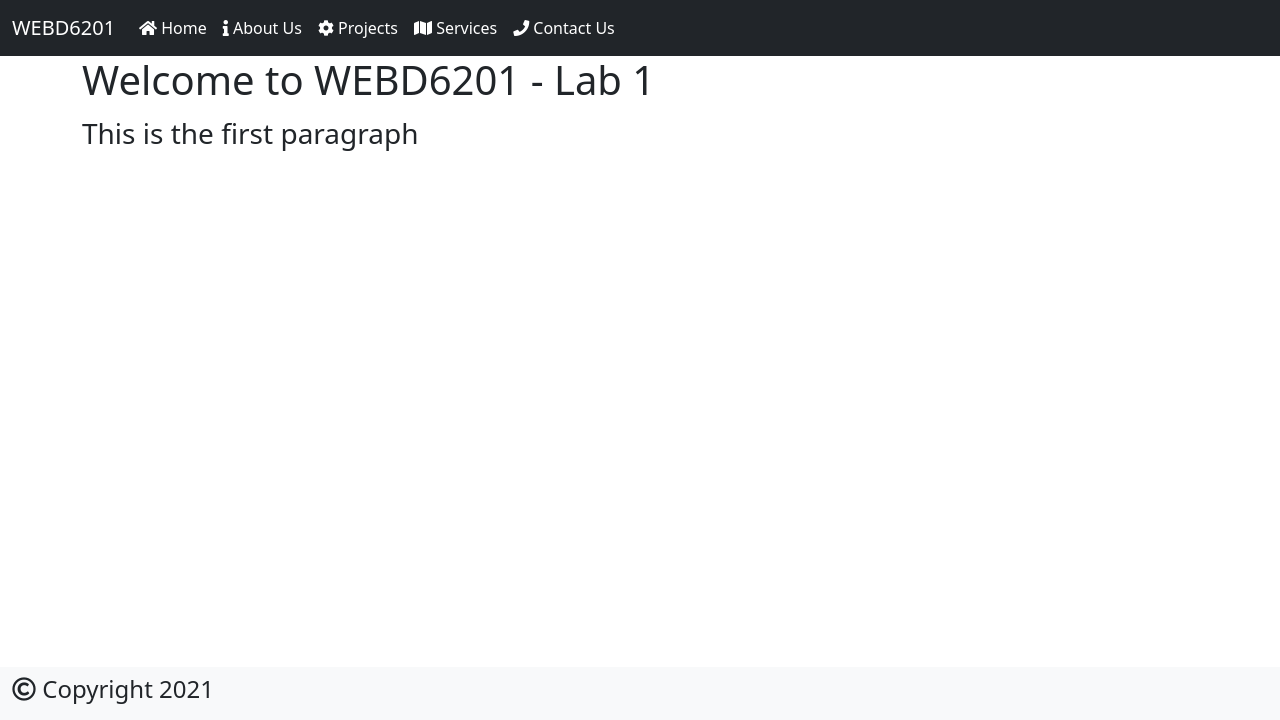
Repository: spencernewellevans/WEBD6201-ICE01
Page: index.html
The author's editor kept a copy of each file at every save. The page is drawn from the files as they stood at one save, then again after the next save.
The browser window is 1280 px wide. The pictures show the whole page.

Above is the page before, as saved 2021-01-22 19:05:23.

### index.html
<!DOCTYPE html>
<html lang="en">
<head>
    <meta charset="UTF-8">
    <meta name="viewport" content="width=device-width, initial-scale=1.0">
    <title>Home</title>
    <!-- CSS Section-->
    <link rel="stylesheet" href="./node_modules/bootstrap/dist/css/bootstrap.min.css">
    <link rel="stylesheet" href="./node_modules/@fortawesome/fontawesome-free/css/all.min.css">
    <link rel="stylesheet" href="./Content/app.css">
</head>
<body>
    <!-- Main Header -->
    <header>
        <!-- Main Navigation -->
        <nav class="navbar navbar-expand-lg navbar-dark bg-dark">
            <div class="container-fluid">
              <a class="navbar-brand" href="#=index.html">WEBD6201</a>
              <button class="navbar-toggler" type="button" data-bs-toggle="collapse" data-bs-target="#navbarSupportedContent" aria-controls="navbarSupportedContent" aria-expanded="false" aria-label="Toggle navigation">
                <span class="navbar-toggler-icon"></span>
              </button>
              <div class="collapse navbar-collapse" id="navbarSupportedContent">
                <ul class="navbar-nav me-auto mb-2 mb-lg-0">
                  <li class="nav-item">
                    <a class="nav-link active" aria-current="page" href="index.html"><i class="fas fa-home fa-large"></i> Home</a>
                  </li>

                  <li class="nav-item">
                    <a class="nav-link active" aria-current="page" href="about.html"><i class="fas fa-info fa-large"></i> About Us</a>
                  </li>

                  <li class="nav-item">
                    <a class="nav-link active" aria-current="page" href="projects.html"><i class="fas fa-cog fa-large"></i> Projects</a>
                  </li>

                  <li class="nav-item">
                    <a class="nav-link active" aria-current="page" href="services.html"><i class="fas fa-map fa-large"></i> Services</a>
                  </li>

                  <li class="nav-item">
                    <a class="nav-link active" aria-current="page" href="contact.html"><i class="fas fa-phone fa-large"></i> Contact Us</a>
                  </li>
                </ul>
              </div>
            </div>
          </nav>
    </header>

    <!-- Main Content -->
    <main class="container">
        <h1>Welcome to WEBD 6201</h1>
        <p id="paragraphOne"></p>
    </main>

    <!-- Main Footer -->
    <footer>
        <nav class="navbar fixed-bottom navbar-light bg-light">
            <div class="container-fluid">
              <h4><i class="far fa-copyright fa-large"></i> Copyright 2021</h4>
            </div>
          </nav>
    </footer>

    <!-- Script Section -->
    <script src="./node_modules/jquery/dist/jquery.min.js"></script>
    <script src="./node_modules/bootstrap/dist/js/bootstrap.bundle.min.js"></script>
    <script src="./Scripts/app.js"></script>
</body>
</html>

### content/app.css
/* Custom CSS goes here */

### scripts/app.js
/* Custom JavaScript goes here */

// IIFE - Immediately Invoked Function Expression
// Anonymous self-executing expression
// limits scope leak

"use strict";

(function()
{

    function Start()
    {
        console.log("App Started...");

        let paragraphOneText = "This is a simple site to demonstrate DOM manipulation for ICE 1";

        let paragraphOneElement = document.getElementById("paragraphOne");

        paragraphOneElement.textContent = paragraphOneText;
        paragraphOneElement.className = "fs-5"

        // CREATION
        // Step 1. create the element
        let newParagraph = document.createElement("p");
        // Step 2. configure the element
        newParagraph.setAttribute("id","paragraphTwo");
        newParagraph.textContent = "...And this is paragraph two"
        // Step 3. select parent element
        let mainContent = document.getElementsByTagName("main")[0];
        // Step 3. insert the element
        mainContent.appendChild(newParagraph);
        newParagraph.className = "fs-6";

        let paragraphDiv = document.createElement("div");
        let paragraphThree =  `<p id="paragraphThree" class="fs-7 fw-bold">And this is the third paragraph</p>`;
        paragraphDiv.innerHTML = paragraphThree;

        // INSERTION
        // insertion before a node example
        //newParagraph.before(paragraphDiv);

        // insertion after a node example
        newParagraph.after(paragraphDiv);

        // DELETION
        // example of removing a single element
        //paragraphOneElement.remove();

        // removeChild example
        mainContent.removeChild(paragraphOneElement);

        // MODIFICATION
        //mainContent.firstElementChild.textContent = "Welcome Home!"
        mainContent.innerHTML =
        `<h1 id="firstHeading">Welcome to WEBD6201 - Lab 1</h1>
        <p id="paragraphOne" class="fs-3">This is the first paragraph</p>
        `;

    }

    window.addEventListener("load", Start);

})();

Loaded but not shown: node_modules/bootstrap/dist/css/bootstrap.min.css (library); node_modules/@fortawesome/fontawesome-free/css/all.min.css (library); node_modules/jquery/dist/jquery.min.js (library); node_modules/bootstrap/dist/js/bootstrap.bundle.min.js (library)

After the next save:
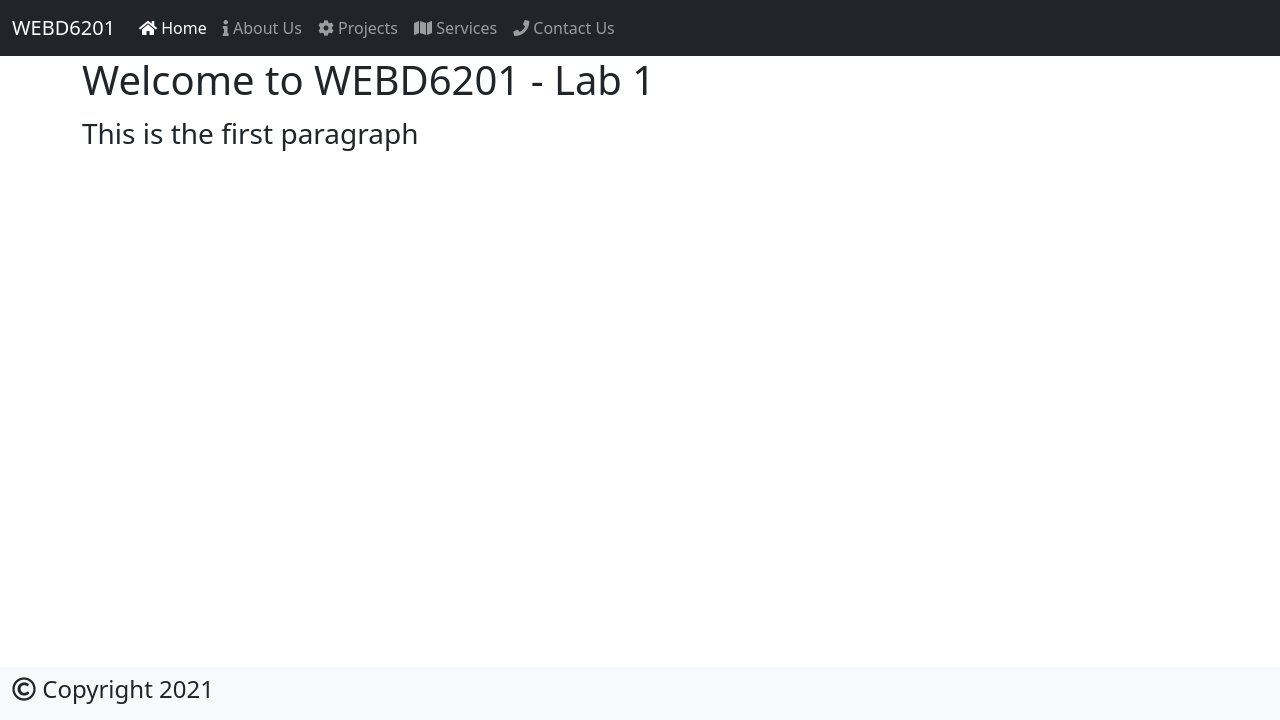
Saved 28 s later.
--- a/index.html
+++ b/index.html
@@ -26,19 +26,19 @@
                   </li>
 
                   <li class="nav-item">
-                    <a class="nav-link active" aria-current="page" href="about.html"><i class="fas fa-info fa-large"></i> About Us</a>
+                    <a class="nav-link" aria-current="page" href="about.html"><i class="fas fa-info fa-large"></i> About Us</a>
                   </li>
 
                   <li class="nav-item">
-                    <a class="nav-link active" aria-current="page" href="projects.html"><i class="fas fa-cog fa-large"></i> Projects</a>
+                    <a class="nav-link" aria-current="page" href="projects.html"><i class="fas fa-cog fa-large"></i> Projects</a>
                   </li>
 
                   <li class="nav-item">
-                    <a class="nav-link active" aria-current="page" href="services.html"><i class="fas fa-map fa-large"></i> Services</a>
+                    <a class="nav-link" aria-current="page" href="services.html"><i class="fas fa-map fa-large"></i> Services</a>
                   </li>
 
                   <li class="nav-item">
-                    <a class="nav-link active" aria-current="page" href="contact.html"><i class="fas fa-phone fa-large"></i> Contact Us</a>
+                    <a class="nav-link" aria-current="page" href="contact.html"><i class="fas fa-phone fa-large"></i> Contact Us</a>
                   </li>
                 </ul>
               </div>
